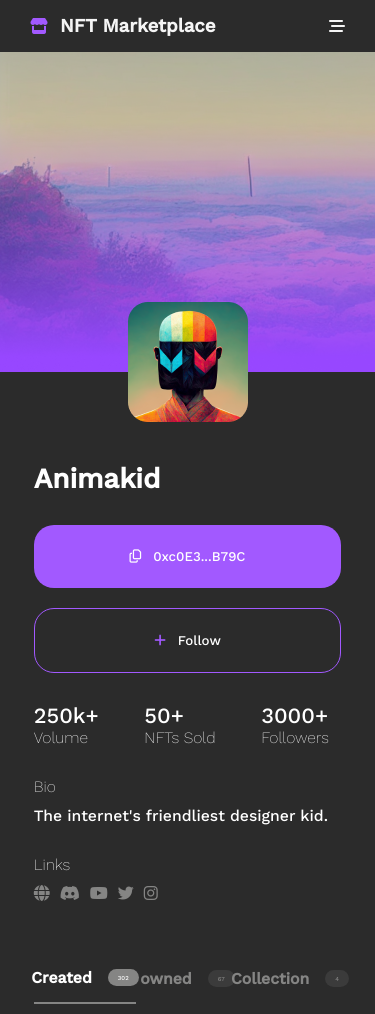
Repository: levananh202ht/NFT_Marketplace
Page: index.html
The author's editor kept a copy of each file at every save. The page is drawn from the files as they stood at one save, then again after the next save.
The browser window is 375 px wide. The pictures show the whole page.

Above is the page before, as saved 2023-12-10 01:40:59.

### index.html
<!DOCTYPE html>
<html lang="en">
<head>
    <meta charset="UTF-8">
    <meta name="viewport" content="width=device-width, initial-scale=1.0">
    <link rel="stylesheet" href="index.css">
    <link rel="stylesheet" href="responsive.css">
    <link rel="stylesheet" href="https://cdnjs.cloudflare.com/ajax/libs/font-awesome/6.5.1/css/all.min.css" integrity="sha512-DTOQO9RWCH3ppGqcWaEA1BIZOC6xxalwEsw9c2QQeAIftl+Vegovlnee1c9QX4TctnWMn13TZye+giMm8e2LwA==" crossorigin="anonymous" referrerpolicy="no-referrer" />
    <title>Document</title>
</head>
<body>
    <div class="nft_container">
        <!-- header -->
        <div class="nft_header">

            <div class="nft_header-left">
                <i class="fa-solid fa-store"></i>
                <h3>NFT Marketplace</h3>
            </div>

            <ul class="nft_header-right">
                <li class="nft_header-right-item">Marketplace</li>
                <li class="nft_header-right-item">Rankings</li>
                <li class="nft_header-right-item">Connect a wallet</li>
                <li class="nft_header-right-item">
                    <div>
                        <i class="fa-regular fa-user"></i>
                        <p>Sign Up</p>
                    </div>
                </li>
            </ul>

            <i class="icon-bar-responsive fa-solid fa-bars-staggered"></i>

        </div>
        <!-- profileImage -->
        <div class="nft_profileImage">
            <img src="./assets/images/Avatar Placeholder.png" alt="">
        </div>
        <!-- userInfo -->
        <div class="nft_userInfo">

            <div class="nft_userInfo-top">

                <h2>Animakid</h2>
                <div class="nft_userInfo-top-button">
                    <button>
                        <i class="fa-regular fa-copy"></i>
                        <p>0xc0E3...B79C</p>
                    </button>
                    <button>
                        <i class="fa-solid fa-plus"></i>
                        <p>Follow</p>
                    </button>
                </div>

            </div>

            <div class="nft_userInfo-bottom">

                <div class="nft_userInfo-bottom-param">

                    <div>
                        <p class="param">250k+</p>
                        <p class="text">Volume</p>
                    </div>

                    <div>
                        <p class="param">50+</p>
                        <p class="text">NFTs Sold</p>
                    </div>

                    <div>
                        <p class="param">3000+</p>
                        <p class="text">Followers</p>
                    </div>

                </div>

                <div class="nft_userInfo-bottom-bio">

                    <h5>Bio</h5>
                    <p>The internet's friendliest designer kid.</p>

                </div>

                <div class="nft_userInfo-bottom-links">

                    <h5>Links</h5>
                    <ul>
                        <li>
                            <a href="">
                                <i class="fa-solid fa-globe"></i>
                            </a>
                        </li>
                        <li>
                            <a href="https://discord.com/">
                                <i class="fa-brands fa-discord"></i>
                            </a>
                        </li>
                        <li>
                            <a href="https://www.youtube.com/">
                                <i class="fa-brands fa-youtube"></i>
                            </a>
                        </li>
                        <li>
                            <a href="https://twitter.com/">
                                <i class="fa-brands fa-twitter"></i>
                            </a>
                        </li>
                        <li>
                            <a href="https://www.instagram.com/">
                                <i class="fa-brands fa-instagram"></i>
                            </a>
                        </li>
                    </ul>

                </div>

            </div>

        </div>
        <!-- tab -->
        <div class="nft_tab">

            <div class="nft_tab-1">
                <h5>Created</h5>
                <p>302</p>
            </div>
            <div class="nft_tab-2">
                <h5>owned</h5>
                <p>67</p>
            </div>
            <div class="nft_tab-3">
                <h5>Collection</h5>
                <p>4</p>
            </div>

        </div>

        <div class="nft_cardSection"></div>

        <div class="footer"></div>

    </div>
</body>
</html>

### index.css
@import url('https://fonts.googleapis.com/css2?family=Work+Sans:ital,wght@0,200;0,500;1,200;1,500&display=swap');

* {
    margin: 0;
    padding: 0;
    box-sizing: border-box;
    font-family: 'Work Sans', sans-serif;
}
.nft_container {
    background: #2B2B2B;
}
    /* CSS header */
.nft_header {
    background: #2B2B2B;
    display: flex;
    justify-content: space-between;
    color: #F5F5F5;
    padding: 20px 50px;
}

.nft_header .nft_header-left {
    display: flex;
    align-items: center;
}
.nft_header .nft_header-left i {
    color: #A259FF;
}
.nft_header .nft_header-left h3 {
    margin-left: 12px;
}

.nft_header .nft_header-right {
    display: flex;
    list-style:  none;
    align-items: center;

}

.nft_header .nft_header-right .nft_header-right-item {
    margin-left: 20px;
    font-size: 16px;
}

.nft_header .nft_header-right .nft_header-right-item:last-child div {
    padding: 24px 30px;
    display: flex;
    border-radius: 20px;
    background: #A259FF;
}

.nft_header .nft_header-right .nft_header-right-item:last-child div i {
    font-size: 20px;
}

.nft_header .nft_header-right .nft_header-right-item:last-child div p {
    margin-left: 12px;
    font-size: 16px;
}
.nft_header .icon-bar-responsive {
    display: none;
}
    /* CSS profileImage */
.nft_profileImage {
    width: 100%;
    height: 320px;
    background-image: url("./assets/images/Image PlaceHolder.png");
    position: relative;

}

.nft_profileImage img {
    left: 9%;
    position: absolute;
    bottom: -50px;
}
    /* CSS userInfo */
.nft_userInfo {
    margin-top: 50px;
    padding: 40px 9%;
    background: #2B2B2B;
    color: #fff;
}
.nft_userInfo .nft_userInfo-top{
    display: flex;
    justify-content: space-between;
    margin-bottom: 30px;
}
.nft_userInfo .nft_userInfo-top h2 {
    font-size:3.3vw;
    color: white;
}
.nft_userInfo .nft_userInfo-top .nft_userInfo-top-button {
    display: flex;
}
.nft_userInfo .nft_userInfo-top .nft_userInfo-top-button button:nth-child(1) {
    background: #A259FF;
    color: white;
    padding: 24px 50px;
    display: flex;
    border: none;
    border-radius: 20px;
    align-items: center;
}
.nft_userInfo .nft_userInfo-top .nft_userInfo-top-button button:nth-child(1) i {
    margin-right: 12px;
}
.nft_userInfo .nft_userInfo-top .nft_userInfo-top-button button:nth-child(2) {
    margin-left: 20px;
    display: flex;
    align-items: center;
    background: #2B2B2B;
    color: white;
    border: 1px solid #A259FF;
    border-radius: 20px;
    padding: 24px 30px;
}
.nft_userInfo .nft_userInfo-top .nft_userInfo-top-button button:nth-child(2) i {
    margin-right: 12px;
    color: #A259FF;
}

.nft_userInfo .nft_userInfo-bottom {

}
.nft_userInfo .nft_userInfo-bottom .nft_userInfo-bottom-param {
    display: flex;
    justify-content: space-between;
    width: 40%;
}
.nft_userInfo .nft_userInfo-bottom .nft_userInfo-bottom-param div p.param {
    font-size: 1.8vw;
}
.nft_userInfo .nft_userInfo-bottom .nft_userInfo-bottom-param div p.text {
    font-size: 1.4vw;
    font-weight: 300;
}
.nft_userInfo .nft_userInfo-bottom .nft_userInfo-bottom-bio {
    margin-top: 30px;
    margin-bottom: 30px;
}
.nft_userInfo .nft_userInfo-bottom .nft_userInfo-bottom-bio h5 {
    font-size: 1.4vw;
    font-weight: 300;
    margin-bottom: 10px;
}
.nft_userInfo .nft_userInfo-bottom .nft_userInfo-bottom-bio p {
    font-size: 1.4vw;
}
.nft_userInfo .nft_userInfo-bottom .nft_userInfo-bottom-links h5 {
    font-size: 1.4vw;
    font-weight: 300;
    margin-bottom: 10px;
}
.nft_userInfo .nft_userInfo-bottom .nft_userInfo-bottom-links ul {
    display: flex;
    list-style: none;
}
.nft_userInfo .nft_userInfo-bottom .nft_userInfo-bottom-links ul li a {
    margin-right: 10px;
    color: #858584;
}
    /* CSS tab */
.nft_tab{
    display: flex;
    padding: 10px 9%;
    justify-content: space-between;
    color: #858584;
}
.nft_tab .nft_tab-1,
.nft_tab .nft_tab-2,
.nft_tab .nft_tab-3{
    display: flex;
    align-items: center;
    width: 33.33%;
    justify-content: center;
}
.nft_tab h5 {
    margin-right: 16px;
    font-size: 1.4vw;
}
.nft_tab p{
    font-size: 1.1vw;
    padding: 5px 10px;
    background-color: #3B3B3B;
    border-radius: 20px;
}
.nft_tab .nft_tab-1 {
    color: #fff;
    border-bottom: 2px solid #858584;
    padding: 15px 0;
}
.nft_tab .nft_tab-1 p {
    background-color: #858584;
}
.nft_tab .nft_tab-2 {

}
.nft_tab .nft_tab-3 {

}

### responsive.css
@media screen and (max-width: 768px) {
    /* header */
    .nft_header{
        align-items: center;
    }

    .nft_header .nft_header-right {
        display: none;
    }
    .nft_header .icon-bar-responsive{
        display: block;
    }
    /* userInfo */
    .nft_userInfo .nft_userInfo-top{
        flex-direction: column;
    }
    .nft_userInfo .nft_userInfo-top h2 {
        margin-bottom: 30px;
        font-size: 5vw;
    }
    .nft_userInfo .nft_userInfo-bottom .nft_userInfo-bottom-param  {
        width: 62%;
    }
    .nft_userInfo .nft_userInfo-bottom .nft_userInfo-bottom-param div p.param {
        font-size: 2.85vw;
    }
    .nft_userInfo .nft_userInfo-bottom .nft_userInfo-bottom-param div p.text {
        font-size: 2.2vw;
    }
    .nft_userInfo .nft_userInfo-bottom .nft_userInfo-bottom-bio h5 {
        font-size: 2.1vw;
    }
    .nft_userInfo .nft_userInfo-bottom .nft_userInfo-bottom-bio p {
        font-size: 2.1vw;
    }
    .nft_userInfo .nft_userInfo-bottom .nft_userInfo-bottom-links h5 {
        font-size: 2.1vw;
    }
    /* tab */
    .nft_tab h5{
        font-size: 2.1vw;
    }
    .nft_tab p{
        font-size: 1.6vw;
    }
}
@media screen and (max-width: 418px) {
    /* header */
    .nft_header{
        padding: 15px 30px;
    }
    /* profileImage */
    .nft_profileImage img{
        left: 34%;
    }
    /* userInfo */
    .nft_userInfo .nft_userInfo-top h2 {
        font-size: 7.4vw;
    }
    .nft_userInfo .nft_userInfo-top .nft_userInfo-top-button{
        flex-direction: column;
    }
    .nft_userInfo .nft_userInfo-bottom .nft_userInfo-bottom-param {
        width: 96%;
    }
    .nft_userInfo .nft_userInfo-bottom .nft_userInfo-bottom-param div p.param {
        font-size: 5.8vw;
    }
    .nft_userInfo .nft_userInfo-bottom .nft_userInfo-bottom-param div p.text {
        font-size: 4.2vw;
    }
    .nft_userInfo .nft_userInfo-bottom .nft_userInfo-bottom-bio h5 {
        font-size: 4.2vw;
    }
    .nft_userInfo .nft_userInfo-bottom .nft_userInfo-bottom-bio p {
        font-size: 4.2vw;
    }
    .nft_userInfo .nft_userInfo-bottom .nft_userInfo-bottom-links h5 {
        font-size: 4.2vw;
    }
    .nft_userInfo .nft_userInfo-top .nft_userInfo-top-button button:nth-child(2) {
        margin-left: 0;
        margin-top: 20px;
    }
    .nft_userInfo .nft_userInfo-top .nft_userInfo-top-button button:nth-child(1),
    .nft_userInfo .nft_userInfo-top .nft_userInfo-top-button button:nth-child(2){
        justify-content: center;
    }
    /* tab */
    .nft_tab h5{
        font-size: 4.2vw;
    }
    /* .nft_tab p{
        font-size: 1.6vw;
    } */
}

After the next save:
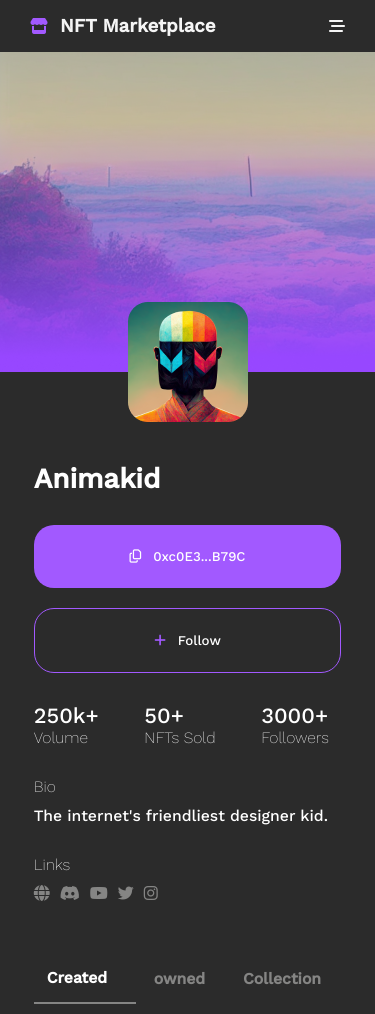
Saved 50 s later.
--- a/responsive.css
+++ b/responsive.css
@@ -90,7 +90,7 @@
     .nft_tab h5{
         font-size: 4.2vw;
     }
-    /* .nft_tab p{
-        font-size: 1.6vw;
-    } */
+    .nft_tab p{
+        display: none;
+    }
 }
